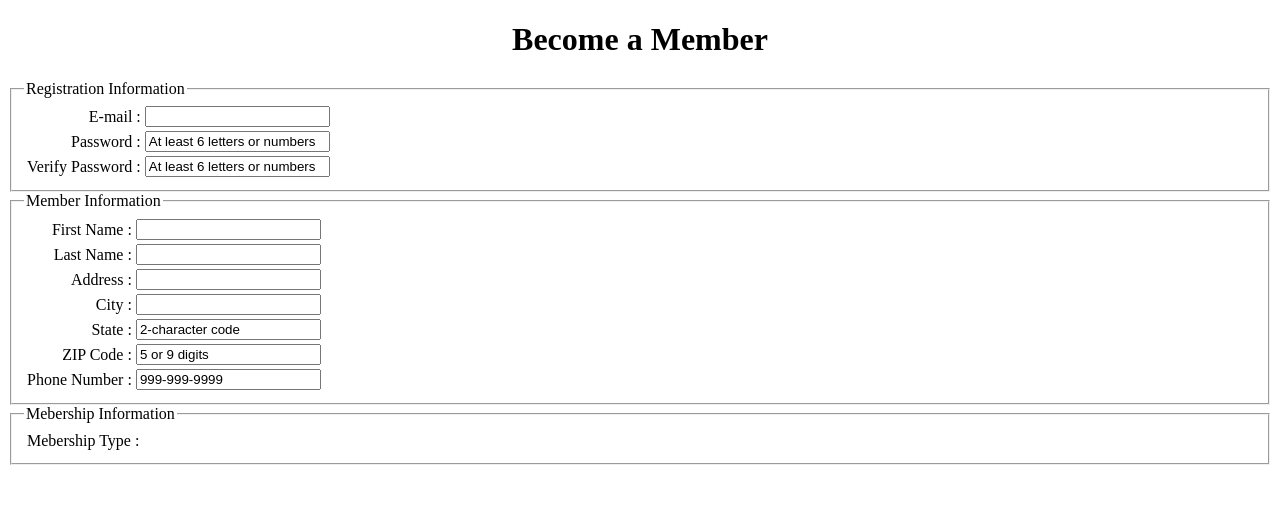
Repository: kjungyoun/Web_Study_2021
Page: homework_front/WebContent/0302/0302.html
An editor plug-in stored every save of this project. The page is shown before and after the next save, followed by the edit.
The browser window is 1280 px wide. The pictures show the whole page.

Above is the page before, as saved 2021-03-02 11:10:40.

After the next save:
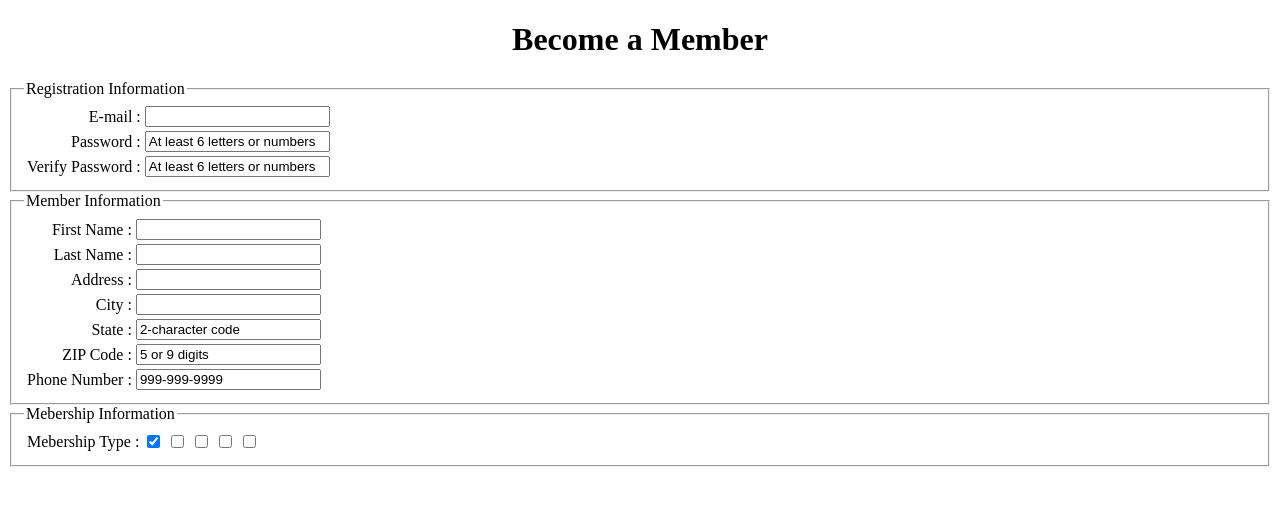
Saved 2 min 58 s later.
--- a/homework_front/WebContent/0302/0302.html
+++ b/homework_front/WebContent/0302/0302.html
@@ -112,6 +112,13 @@
 				<td align="right">
 					<label for="type">Mebership Type : </label>
 				</td>
+				<td align="left">
+					<input type="checkbox" name="type" id="type" value="Junior" checked="Junior">
+					<input type="checkbox" name="type" id="type" value="Norm">
+					<input type="checkbox" name="type" id="type" value="Semi Pro">
+					<input type="checkbox" name="type" id="type" value="Pro">
+					<input type="checkbox" name="type" id="type" value="Master">
+				</td>
 			</tr>
 		</table>
 	</fieldset>
